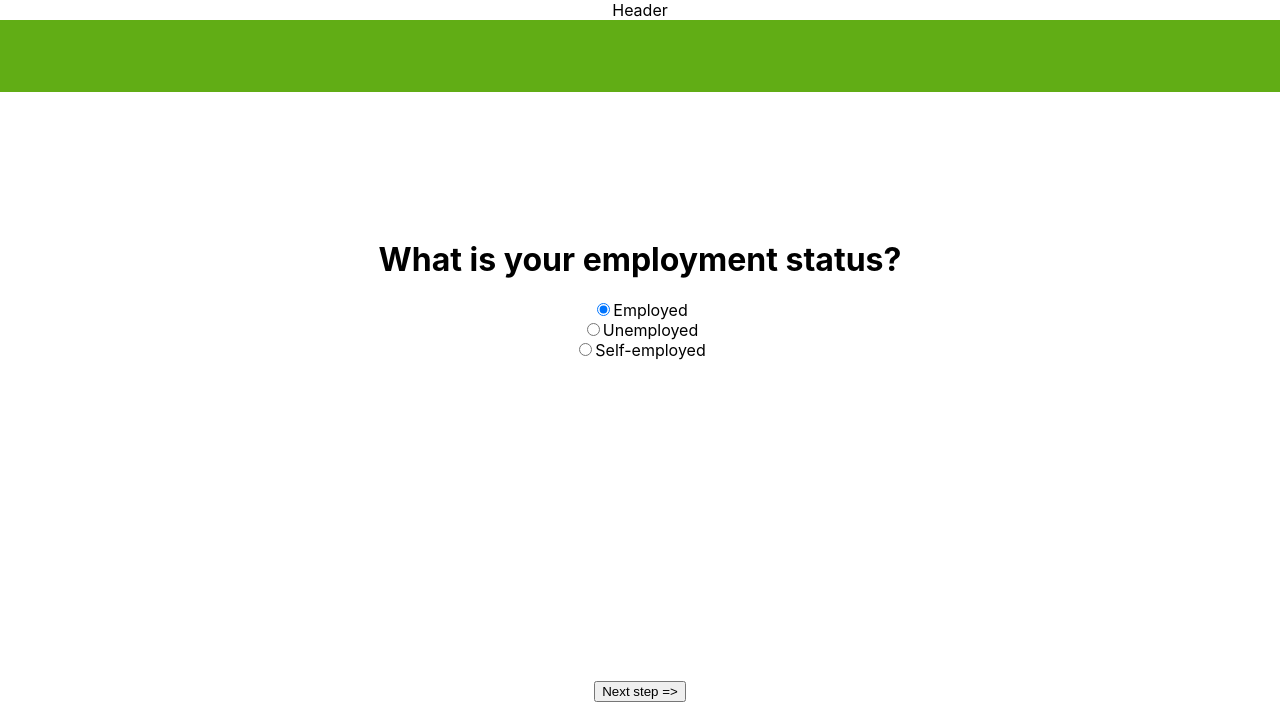
Repository: andbilous/task-survey
Page: /
These files come from the project's save history. The page is drawn as it stood at one moment and after a run of saves; the edit follows.
The browser window is 1280 px wide. The pictures show the whole page.
The project was rebuilt for these pictures with package versions that can differ from the ones it lists, and the page was loaded fresh each time.

Above is the page before, as saved 2020-06-16 17:55:38.

### src/App.js
import React from 'react';
import './App.css';
import Header from './components/Header';
import Footer from './components/Footer';
import EmploymentStatusPage from './pages/EmploymentStatus';
import { Provider } from 'react-redux'
import { store } from './redux/store'

function App() {
  return (
    <Provider store={store}>
    <div className="App">
      <Header/>
      <EmploymentStatusPage/>
      <Footer/>
    </div>
    </Provider>
  );
}

export default App;

### src/App.css
*{
  text-align: center;
}
/* .App {
  text-align: center;
  background-color: #333;
}

.App-logo {
  height: 40vmin;
  pointer-events: none;
}

@media (prefers-reduced-motion: no-preference) {
  .App-logo {
    animation: App-logo-spin infinite 20s linear;
  }
}

.App-header {
  background-color: #282c34;
  min-height: 100vh;
  display: flex;
  flex-direction: column;
  align-items: center;
  justify-content: center;
  font-size: calc(10px + 2vmin);
  color: white;
}

.App-link {
  color: #61dafb;
}

@keyframes App-logo-spin {
  from {
    transform: rotate(0deg);
  }
  to {
    transform: rotate(360deg);
  }
} */

### src/components/Header.jsx
import React from "react";

const Header = () => {
  return (
    <div style={styles.general}>
      Header
      <div style={styles.progressBar}></div>
    </div>
  );
};

const styles = {
  general: {
    position: "absolute",
    left: "0%",
    right: "0%",
    top: "0%",
    bottom: "0%",
    height: "133px",
    backgroundColor: "#fff",
  },
  progressBar: {
    height: "72px",
    width: "100%",
    backgroundColor: "#61AD15",
  },
};

export default Header;

### src/components/Footer.jsx
import React from "react";

const Footer = () => {
  return <div style={styles.general}>
    <button>Next step =></button>
  </div>;
};

const styles = {
  general: {
    position: "absolute",
    bottom: "0",
    width: "100%",
    height: "2.5rem",
    backgroundColor: '#fff'
  },
};

export default Footer;

### src/pages/EmploymentStatus.jsx
import React from "react";

const EmploymentStatusPage = () => {
  const handleChange=(e)=>{
    console.log(e.target.value)
  }
  return (
    <div style={{ backgroundColor: "#fff",marginTop: "15rem" }}>
      <h1>What is your employment status?</h1>
      <form>
        <div  className="radio">
          <label>
            <input onChange={handleChange} name='1' type="radio" value="option1" checked={true} />
            Employed
          </label>
        </div>
        <div className="radio">
          <label>
            <input onChange={handleChange} name='1' type="radio" value="option2" />
            Unemployed
          </label>
        </div>
        <div className="radio">
          <label>
            <input onChange={handleChange} name='1' type="radio" value="option3" />
            Self-employed
          </label>
        </div>
      </form>
    </div>
  );
};

export default EmploymentStatusPage;

### src/redux/store.js
import { applyMiddleware, createStore } from 'redux';
import logger from 'redux-logger';
import thunk from 'redux-thunk';

import { rootReducer } from './rootReducer';

const middleware = [thunk, logger];

export const store = createStore(rootReducer, applyMiddleware(...middleware));

### src/redux/rootReducer.js
import { combineReducers } from 'redux'
import surveyReducer from './survey/reducer'

export const rootReducer = combineReducers({
  surveyReducer
})

### src/redux/survey/reducer.js
import types from './types'

const initialValues = {
  users: [],
  isLoading: false,
  userData: {}
}

const surveyReducer = (state = initialValues, { type, payload }) => {
  switch (type) {
    case types.FETCH_USERS_START:
    case types.GET_USERDATA_START:
      return {
        ...state,
        isLoading: true
      }
    case types.GET_USERDATA_SUCCESS:
      return {
        ...state,
        isLoading: false,
        userData: payload
      }
    case types.FETCH_USERS_SUCCESS:
      return {
        ...state,
        isLoading: false,
        users: payload
      }
    case types.GET_USERDATA_FAILURE:
    case types.FETCH_USERS_FAILURE:
      return {
        ...state,
        isLoading: true
      }
    default:
      return state
  }
}

export default surveyReducer;

Loaded but not shown: public/index.html (common file); src/index.js (common file); src/index.css (common file); src/serviceWorker.js (common file); src/redux/survey/types.js (no copy from this time; the picture is the same without it)

After the next 6 saves:
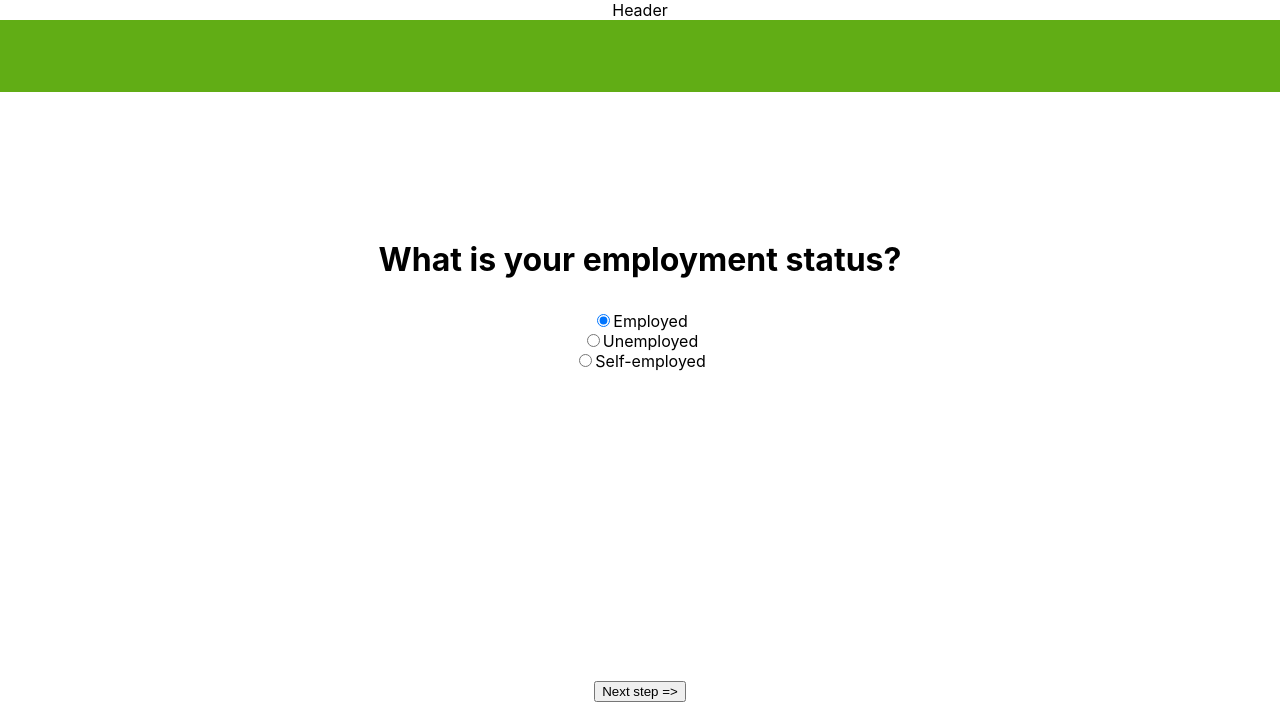
The 6 saves are shown as one change because they came seconds apart.
The last was saved 13 s later.
--- a/src/pages/EmploymentStatus.jsx
+++ b/src/pages/EmploymentStatus.jsx
@@ -8,7 +8,7 @@ const EmploymentStatusPage = () => {
     <div style={{ backgroundColor: "#fff",marginTop: "15rem" }}>
       <h1>What is your employment status?</h1>
       <form>
-        <div  className="radio">
+        <div style={{marginTop: '2rem'}} className="radio">
           <label>
             <input onChange={handleChange} name='1' type="radio" value="option1" checked={true} />
             Employed
